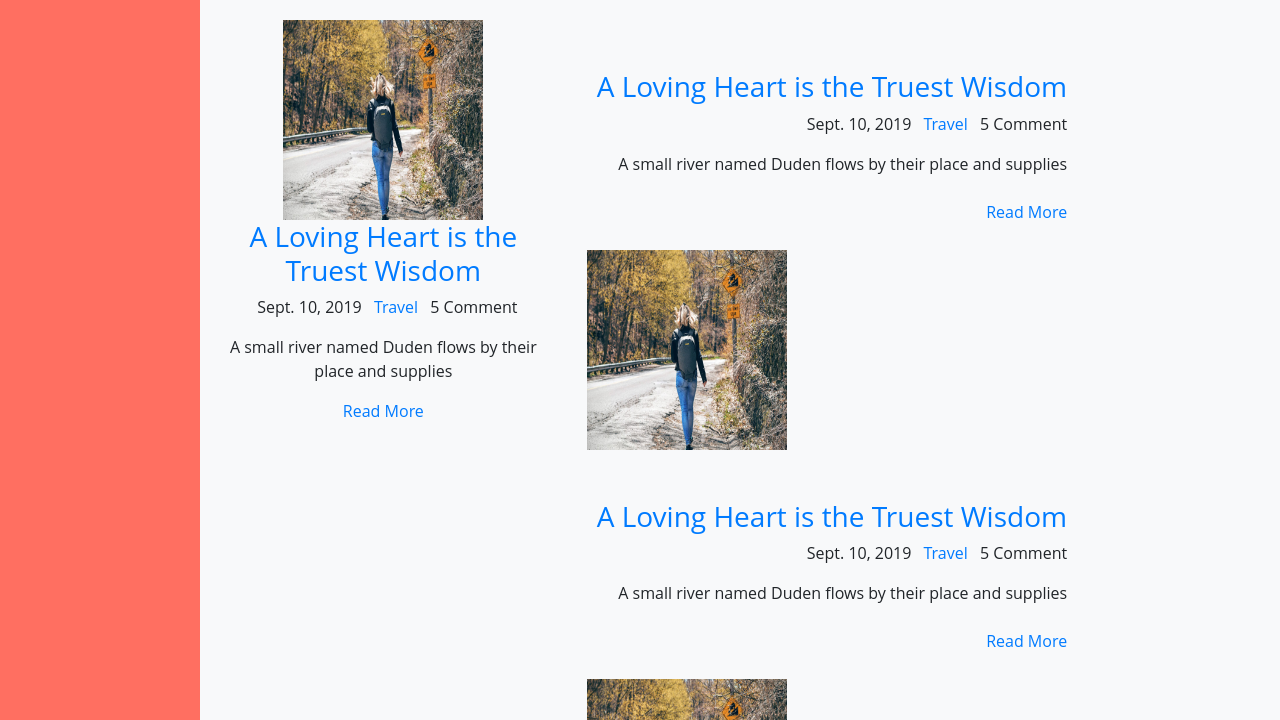
Repository: tts2610/GoogleNews
Page: index.html
An editor plug-in stored every save of this project. The page is shown before and after the next save, followed by the edit.
The browser window is 1280 px wide. The pictures show the whole page.
The page's requests for data from a server got no answer. An inner scrolling area shows only its first screen. Some web libraries are served in a nearby version.

Above is the page before, as saved 2020-05-20 22:37:19.

After the next save:
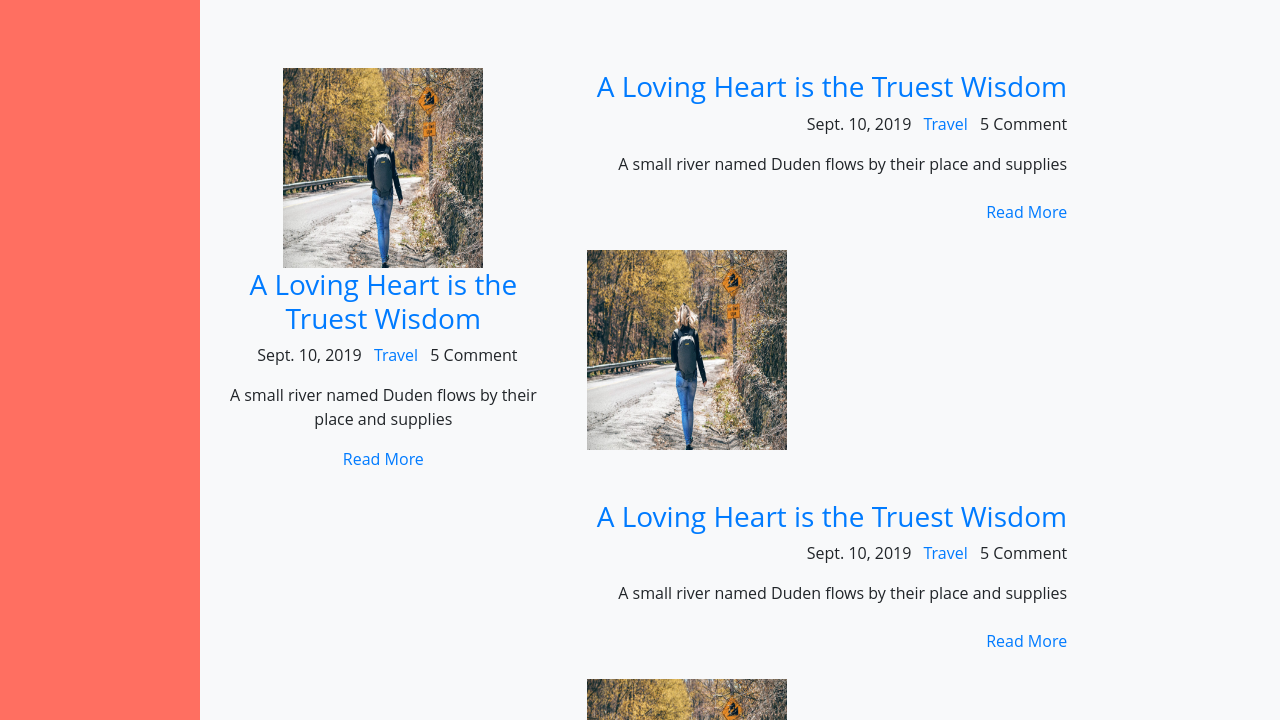
Saved 10 min 56 s later.
--- a/index.html
+++ b/index.html
@@ -36,7 +36,7 @@
 
             <div class="row">
                 <div class="col-4">
-                    <div class="blog-entry-left">
+                    <div class="blog-entry-left mt-5">
                         <div>
                             <img src="img/image_8.jpg" width="200" height="200">
                         </div>
